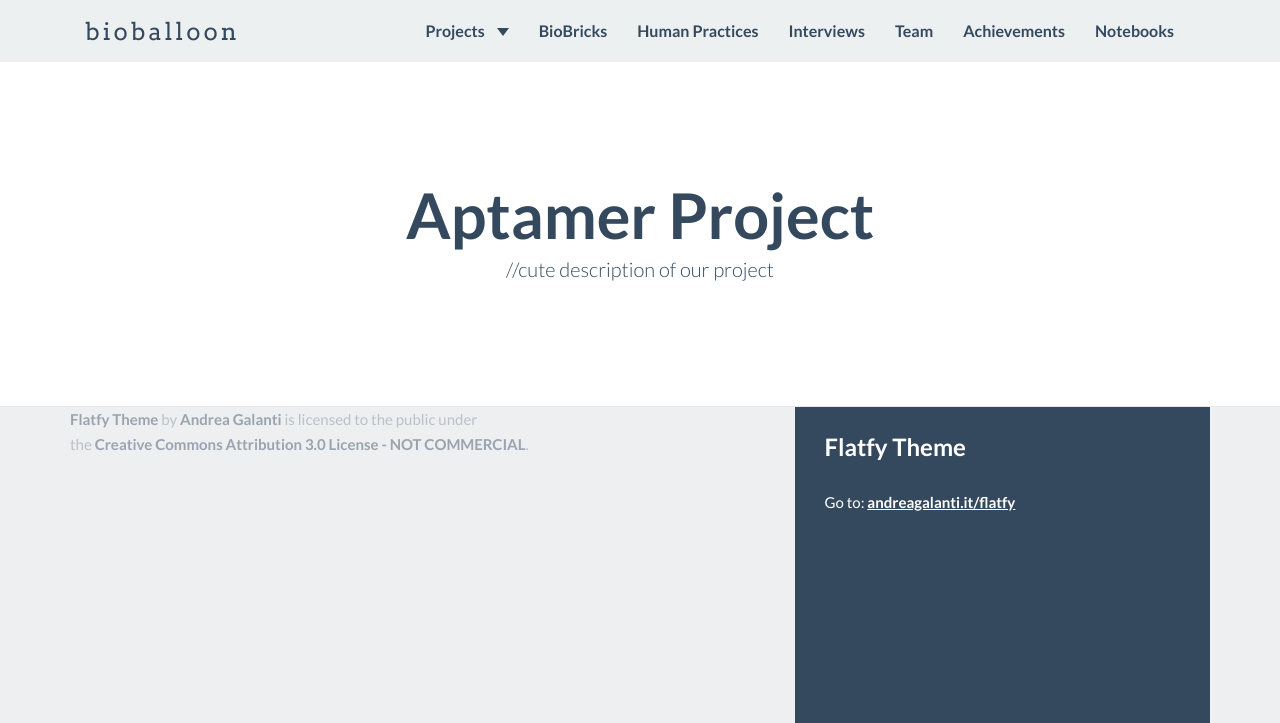
Repository: sbigem16/paramid
Page: Flatfy/aptamers.html
The author's editor kept a record of every edit. The page is drawn from the files as they stood at one moment, then again after the next edit.
The browser window is 1280 px wide. The pictures show the whole page.

Above is the page before.
Console error: TypeError: Cannot read properties of null (reading 'offsetHeight')

After the next edit:
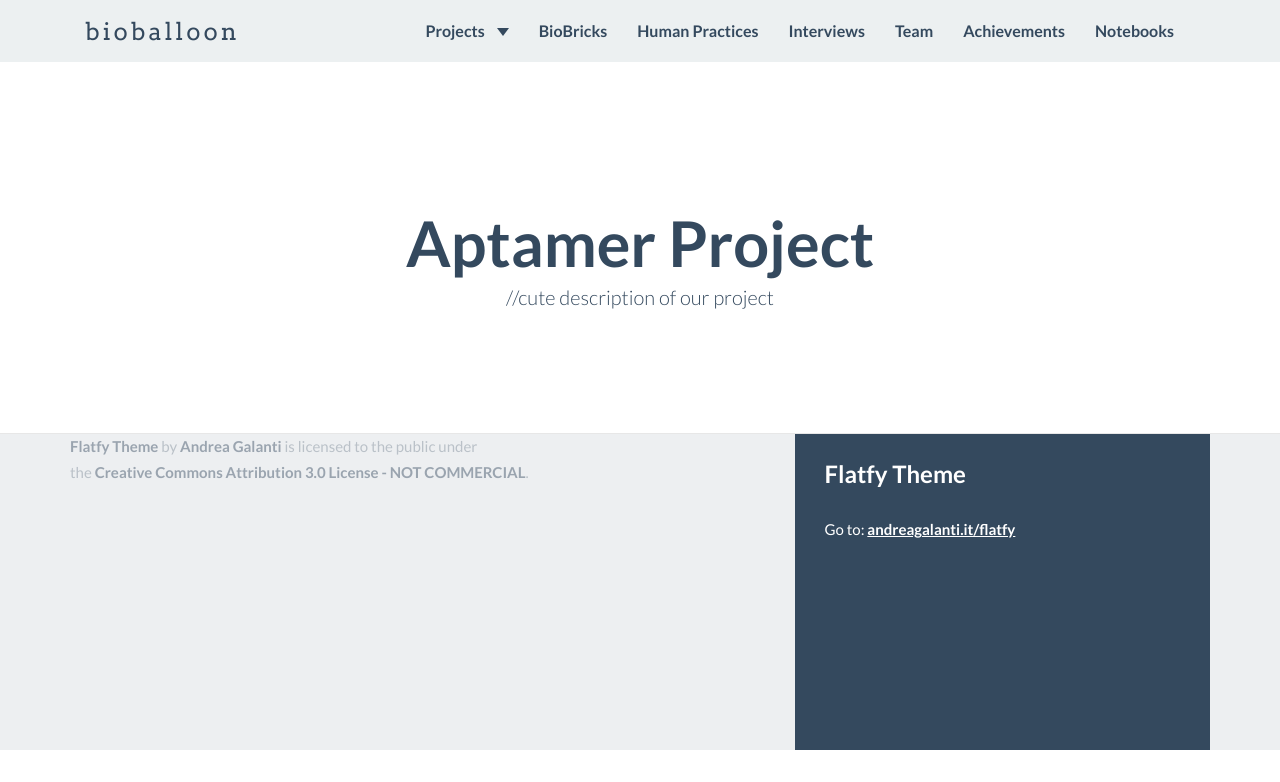
The error is gone.
The edit:
--- a/Flatfy/aptamers.html
+++ b/Flatfy/aptamers.html
@@ -87,7 +87,9 @@
 		</div>
 	</nav>
 
-
+	<div class="morph-button ">
+		<button type="button"></button>
+	</div>
 
 	<!-- Aptamers -->
 	<div id="aptamers" class="content-section-b" style="border-top:0">
